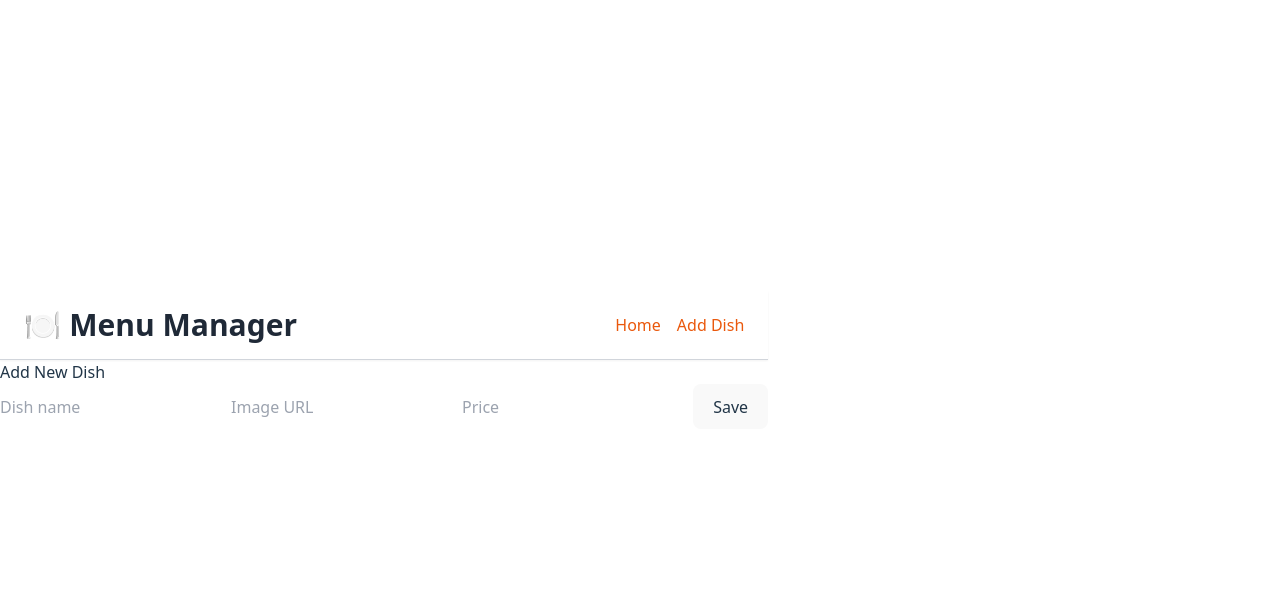
Repository: PEEZYBEE/react-hooks-phase-2-project
Page: /add (app in menu-manager/)
An editor plug-in stored every save of this project. The page is shown before and after the next save, followed by the edit.
The browser window is 1280 px wide. The pictures show the whole page.
The project was rebuilt for these pictures with package versions that can differ from the ones it lists, and the page was loaded fresh each time. Also part of the build but not shown: menu-manager/vite.config.js, menu-manager/src/components/Search.jsx, menu-manager/src/components/DishCard.jsx, menu-manager/src/components/DishList.jsx, menu-manager/src/pages/MenuPage.jsx, menu-manager/src/pages/EditDishPage.jsx.

Above is the page before, as saved 2025-04-19 14:06:29.

### menu-manager/index.html
<!doctype html>
<html lang="en">
  <head>
    <meta charset="UTF-8" />
    <link rel="icon" type="image/svg+xml" href="/vite.svg" />
    <meta name="viewport" content="width=device-width, initial-scale=1.0" />
    <title>Menu Manager</title>
  </head>
  <body>
    <div id="root"></div>
    <script type="module" src="/src/main.jsx"></script>
  </body>
</html>

### menu-manager/src/App.jsx
import { BrowserRouter as Router, Routes, Route } from "react-router-dom";
import Header from "./components/Header";
import MenuPage from "./pages/MenuPage";
import AddDishPage from "./pages/AddDishPage";
import EditDishPage from "./pages/EditDishPage";

function App() {
  return (
    <Router>
      <Header />
      <main>
        <Routes>
          <Route path="/" element={<MenuPage />} />
          <Route path="/add" element={<AddDishPage />} />
          <Route path="/edit/:id" element={<EditDishPage />} />
        </Routes>
      </main>
    </Router>
  );
}

export default App;

### menu-manager/src/components/Header.jsx
// src/components/Header.jsx
import { Link } from "react-router-dom";

function Header() {
  return (
    <header className="flex items-center justify-between px-6 py-4 border-b border-gray-300 bg-white shadow-sm">
      <h1 className="text-3xl font-bold text-gray-800">🍽️ Menu Manager</h1>
      <nav className="space-x-4">
        <Link
          to="/"
          className="text-orange-600 hover:text-blue-800 transition duration-200"
        >
          Home
        </Link>
        <Link
          to="/add"
          className="text-orange-600 hover:text-blue-800 transition duration-200"
        >
          Add Dish
        </Link>
      </nav>
    </header>
  );
}

export default Header;

### menu-manager/src/pages/AddDishPage.jsx
import { useNavigate } from "react-router-dom";
import DishForm from "../components/DishForm";

function AddDishPage() {
  const navigate = useNavigate();

  function handleAdd(newDish) {
    fetch("http://localhost:3001/dishes", {
      method: "POST",
      headers: { "Content-Type": "application/json" },
      body: JSON.stringify(newDish),
    })
      .then((res) => res.json())
      .then(() => navigate("/"));
  }

  return (
    <div>
      <h2>Add New Dish</h2>
      <DishForm onSubmit={handleAdd} />
    </div>
  );
}

export default AddDishPage;

### menu-manager/src/components/DishForm.jsx
import { useState, useEffect } from "react";

function DishForm({ initialData = {}, onSubmit }) {
  const [name, setName] = useState(initialData.name || "");
  const [image, setImage] = useState(initialData.image || "");
  const [price, setPrice] = useState(initialData.price || "");

  useEffect(() => {
    setName(initialData.name || "");
    setImage(initialData.image || "");
    setPrice(initialData.price || "");
  }, [initialData]);

  function handleSubmit(e) {
    e.preventDefault();
    onSubmit({ name, image, price: parseFloat(price), available: true });
  }

  return (
    <form onSubmit={handleSubmit}>
      <input
        type="text"
        placeholder="Dish name"
        value={name}
        onChange={(e) => setName(e.target.value)}
        required
      />
      <input
        type="text"
        placeholder="Image URL"
        value={image}
        onChange={(e) => setImage(e.target.value)}
        required
      />
      <input
        type="number"
        step="0.01"
        placeholder="Price"
        value={price}
        onChange={(e) => setPrice(e.target.value)}
        required
      />
      <button type="submit">Save</button>
    </form>
  );
}

export default DishForm;

Loaded but not shown: menu-manager/src/main.jsx (common file); menu-manager/src/index.css (common file); menu-manager/tailwind.config.js (common file)

After the next save:
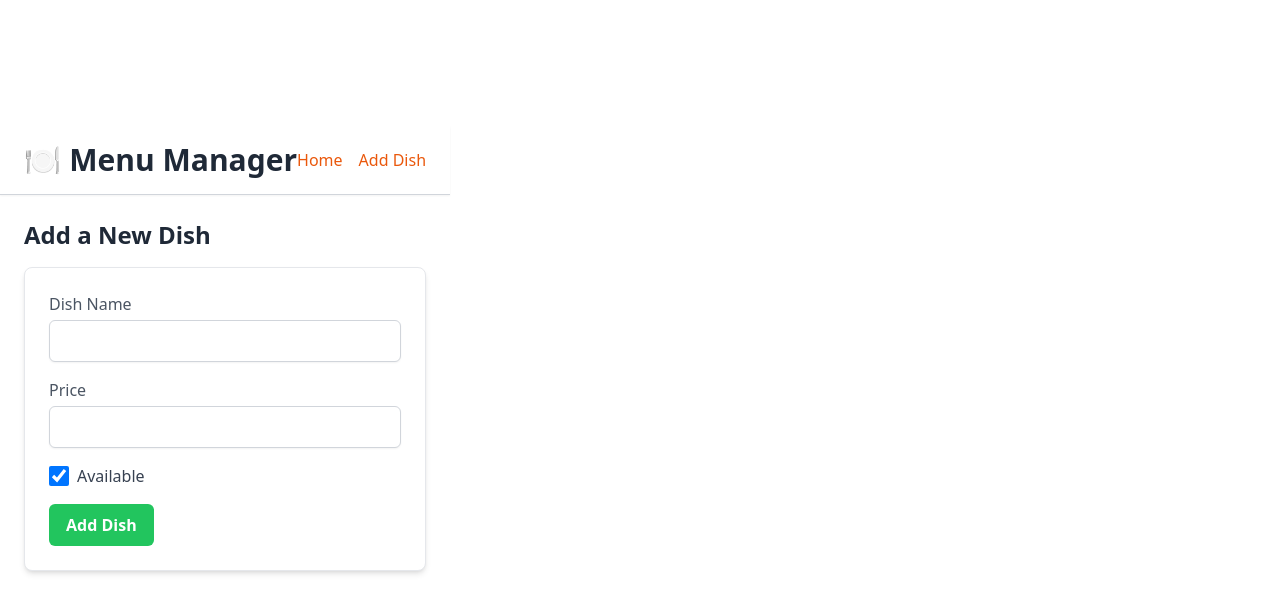
Saved 53 s later.
--- a/menu-manager/src/pages/AddDishPage.jsx
+++ b/menu-manager/src/pages/AddDishPage.jsx
@@ -1,23 +1,71 @@
-import { useNavigate } from "react-router-dom";
-import DishForm from "../components/DishForm";
+// src/pages/AddDishPage.jsx
+import { useState } from "react";
 
-function AddDishPage() {
-  const navigate = useNavigate();
+function AddDishPage({ onAddDish }) {
+  const [name, setName] = useState("");
+  const [price, setPrice] = useState("");
+  const [available, setAvailable] = useState(true);
 
-  function handleAdd(newDish) {
-    fetch("http://localhost:3001/dishes", {
-      method: "POST",
-      headers: { "Content-Type": "application/json" },
-      body: JSON.stringify(newDish),
-    })
-      .then((res) => res.json())
-      .then(() => navigate("/"));
-  }
+  const handleSubmit = (e) => {
+    e.preventDefault();
+    const newDish = {
+      name,
+      price: parseFloat(price),
+      available,
+    };
+    onAddDish(newDish);
+    setName("");
+    setPrice("");
+    setAvailable(true);
+  };
 
   return (
-    <div>
-      <h2>Add New Dish</h2>
-      <DishForm onSubmit={handleAdd} />
+    <div className="max-w-xl mx-auto p-6">
+      <h2 className="text-2xl font-bold mb-4 text-gray-800">Add a New Dish</h2>
+      <form
+        onSubmit={handleSubmit}
+        className="space-y-4 bg-white p-6 rounded-lg shadow-md border"
+      >
+        <div>
+          <label className="block mb-1 text-gray-600">Dish Name</label>
+          <input
+            type="text"
+            value={name}
+            onChange={(e) => setName(e.target.value)}
+            className="w-full px-4 py-2 border border-gray-300 rounded-md shadow-sm focus:ring-2 focus:ring-green-400 focus:outline-none"
+            required
+          />
+        </div>
+
+        <div>
+          <label className="block mb-1 text-gray-600">Price</label>
+          <input
+            type="number"
+            step="0.01"
+            value={price}
+            onChange={(e) => setPrice(e.target.value)}
+            className="w-full px-4 py-2 border border-gray-300 rounded-md shadow-sm focus:ring-2 focus:ring-green-400 focus:outline-none"
+            required
+          />
+        </div>
+
+        <div className="flex items-center gap-2">
+          <input
+            type="checkbox"
+            checked={available}
+            onChange={(e) => setAvailable(e.target.checked)}
+            className="h-5 w-5 text-green-600"
+          />
+          <label className="text-gray-700">Available</label>
+        </div>
+
+        <button
+          type="submit"
+          className="bg-green-500 hover:bg-green-600 text-white font-semibold px-4 py-2 rounded-md transition duration-200"
+        >
+          Add Dish
+        </button>
+      </form>
     </div>
   );
 }
